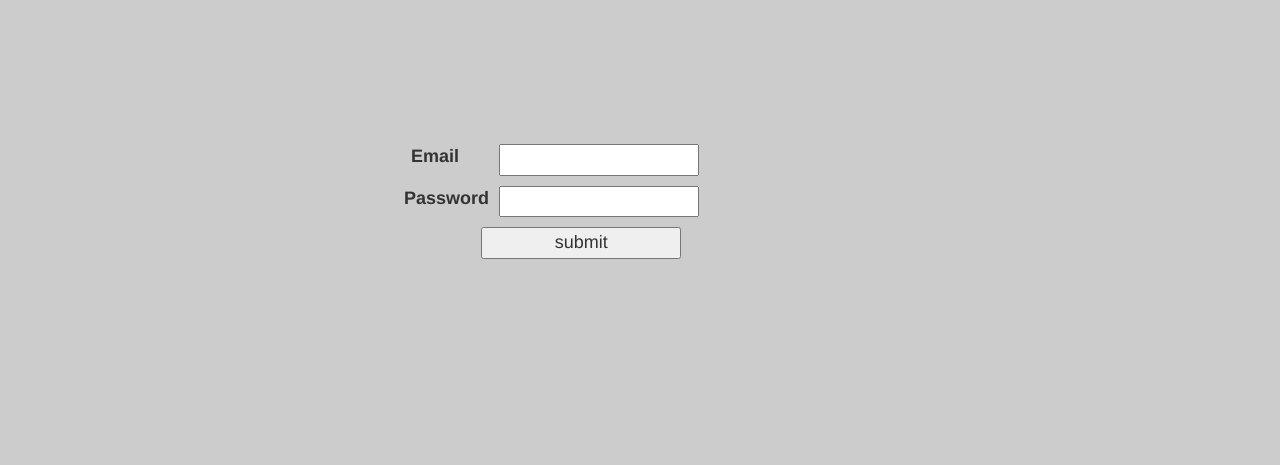
Repository: marijabroceta/ProjekatIB
Page: IB_Project_Shell/src/main/resources/static/index.html
The author's editor kept a copy of each file at every save. The page is drawn from the files as they stood at one save, then again after the next save.
The browser window is 1280 px wide. The pictures show the whole page.

Above is the page before, as saved 2018-06-30 23:57:26.

### IB_Project_Shell/src/main/resources/static/index.html
<!DOCTYPE html>
<html>

<head>
<!--  <script type="text/javascript" src="js/main.js"></script>
<script src="https://ajax.googleapis.com/ajax/libs/jquery/3.3.1/jquery.min.js"></script>-->
<title>Login</title>
	<script src="js/jquery-2.1.4.min.js"></script>
	<link rel="stylesheet" type="text/css" href="bootstrap/css/bootstrap.min.css"/>
    <script src="bootstrap/js/bootstrap.min.js"></script>
    <link rel="stylesheet" type="text/css" href="css/login.css">
    <script src="js/login.js" type="text/javascript"></script>
</head>
<body>
	<!--  <a href="./user_content/cat.jpg" download>Download link for static
		files</a>
	<button type="button"  onclick="download()">Download link for
		target/files files</button>-->
	<div id="login_form">
    <form name="login" method="post" id="login">
       	<label for="email">Email</label>
 		<input type="text" id="email" name="email"><br>
 		<label for="password">Password</label>
 		<input type="password" id="password" name="password"><br>
 		<input type="submit" name="submit" id="submit" value="submit" class="button" />
    </form>
</div>
</body>

</html>

### IB_Project_Shell/src/main/resources/static/css/login.css
#login_form{
	position: absolute;
    top: 20%;
    left: 30%;
    right: 30%;
    bottom: 20%;
    font-size: 18px;
}



body {
    text-align: center;
    background: #ccc;
}
/*form {
    display: inline-block;
}*/

label,input {
 display: block;
 width: 200px;
 float: left;
 margin-left: 20px;
 margin-bottom: 10px;
}

label {
 text-align: right;
 width: 75px;
 padding-right: 20px;
}

br {
 clear: left;
}

#submit{
	margin-left: 19%;
}

### IB_Project_Shell/src/main/resources/static/js/login.js
$(document).ready(function(){

	var submit = $('#submit');

	submit.on('click',function(e) {
		login();

		e.preventDefault();
		return false;
	})

});

function login(){
	var email = $('#email').val().trim();
	var password = $('#password').val().trim();
	var token = '';

	var data = {
		'username':email,
		'password':password
	}
	console.log(data);

	$.ajax({
		type: 'POST',
        contentType: 'application/json',
        url: 'https://localhost:8443/api/auth/login',
        data: JSON.stringify(data),
        dataType: 'json',
        crossDomain: true,
		cache: false,
		processData: false,
		success:function(response){
			var token = response.access_token;
			console.log(token);
			console.log(response);

			localStorage.setItem("token",token);
			window.location.href = "main_page.html";
		},
		error: function (jqXHR, textStatus, errorThrown) {
			alert(textStatus);
		}
	});
}

Loaded but not shown: IB_Project_Shell/src/main/resources/static/js/jquery-2.1.4.min.js (library); IB_Project_Shell/src/main/resources/static/bootstrap/css/bootstrap.min.css (library); IB_Project_Shell/src/main/resources/static/bootstrap/js/bootstrap.min.js (library)

After the next save:
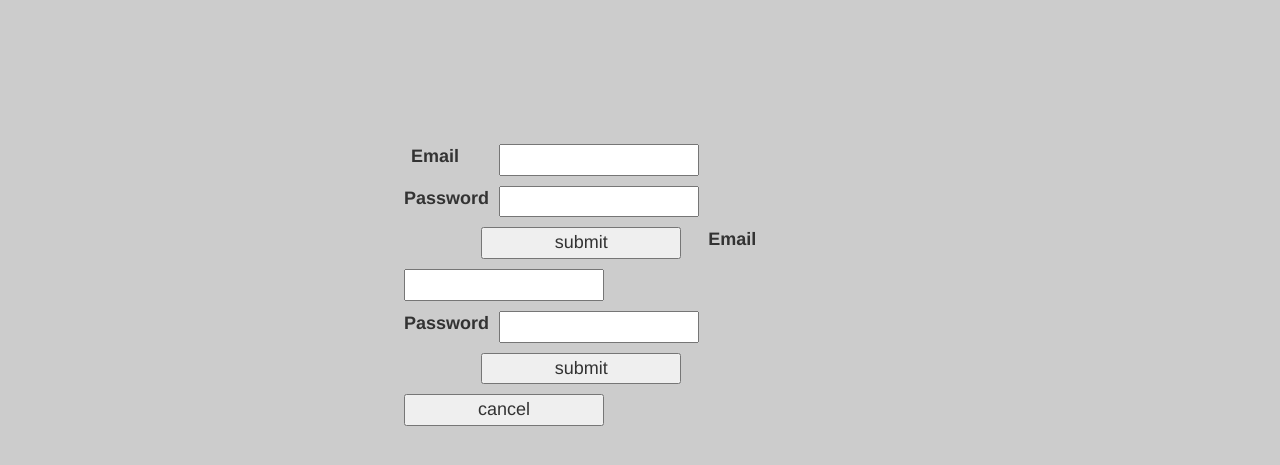
Saved 5 min 5 s later.
--- a/IB_Project_Shell/src/main/resources/static/index.html
+++ b/IB_Project_Shell/src/main/resources/static/index.html
@@ -17,13 +17,23 @@
 	<button type="button"  onclick="download()">Download link for
 		target/files files</button>-->
 	<div id="login_form">
-    <form name="login" method="post" id="login">
-       	<label for="email">Email</label>
- 		<input type="text" id="email" name="email"><br>
- 		<label for="password">Password</label>
- 		<input type="password" id="password" name="password"><br>
- 		<input type="submit" name="submit" id="submit" value="submit" class="button" />
-    </form>
+	    <form name="login" method="post" id="login">
+	       	<label for="email">Email</label>
+	 		<input type="text" id="email" name="email"><br>
+	 		<label for="password">Password</label>
+	 		<input type="password" id="password" name="password"><br>
+	 		<input type="submit" name="submit" id="submit" value="submit" class="button" />
+	    </form>
+    <div id="add_form">
+			<form name="add_user_form" method="post" id="add_user_form">
+		       	<label id="email_lbl" for="email">Email</label>
+		 		<input type="text" id="email" name="email"><br>
+		 		<label id="pass_lbl" for="password">Password</label>
+		 		<input type="password" id="password" name="password"><br>
+		 		<input type="submit" name="submit" id="submit" value="submit" class="button" /><br>
+		 		<input type="button" name="cancel" id="cancel" value="cancel" class="button" />
+	    	</form>
+		</div>
 </div>
 </body>
 
